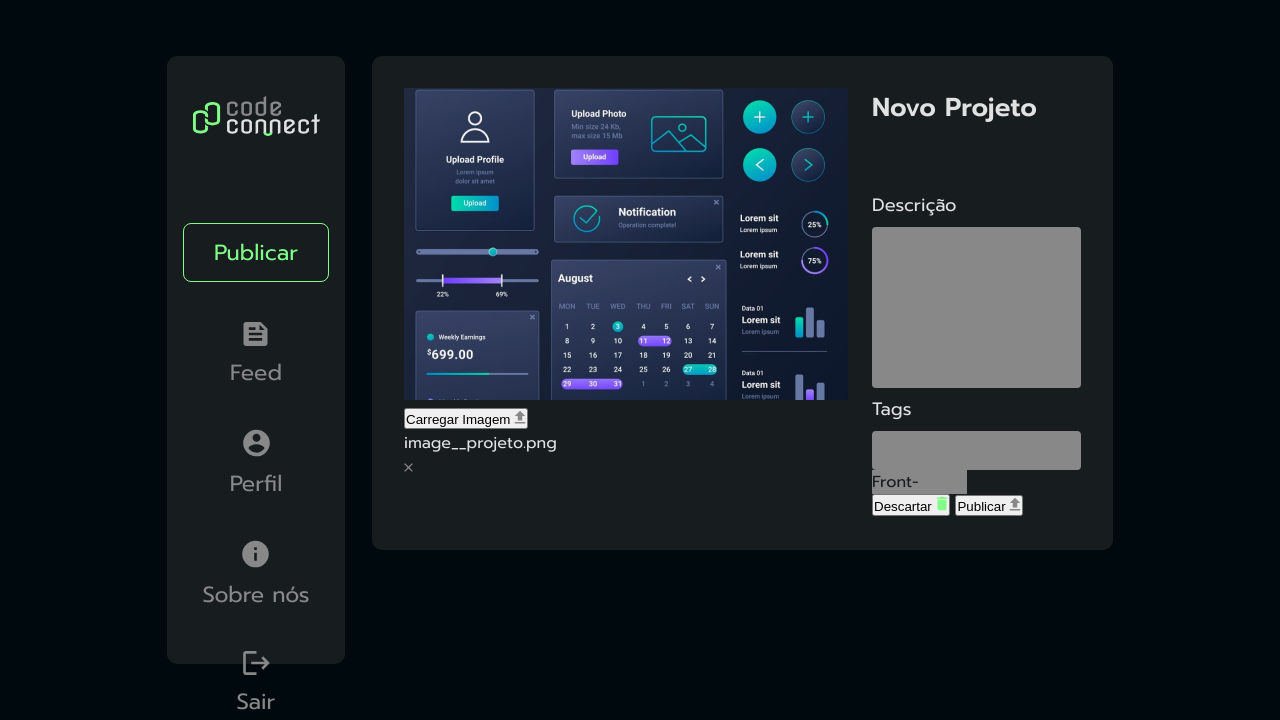
Repository: joaoPraiaJunior/async_await
Page: index.html
These files come from the project's save history. The page is drawn as it stood at one moment and after the next save; the edit follows.
The browser window is 1280 px wide. The pictures show the whole page.

Above is the page before, as saved 2024-08-24 19:33:42.

### index.html
<!DOCTYPE html>
<html lang="pt-BR" dir="ltr">

<head>
    <meta charset="UTF-8">
    <meta name="viewport" content="width=device-width, initial-scale=1.0">
    <meta name="description" content="Projeto Async Await">
    <link rel="preconnect" href="https://fonts.googleapis.com">
    <link rel="preconnect" href="https://fonts.gstatic.com" crossorigin>
    <link href="https://fonts.googleapis.com/css2?family=Prompt:ital,wght@0,100;0,200;0,300;0,400;0,500;0,600;0,700;0,800;0,900;1,100;1,200;1,300;1,400;1,500;1,600;1,700;1,800;1,900&display=swap" rel="stylesheet">
    <link rel="stylesheet" href="./css/styles.css">
    <title>CodeConnect</title>
</head>

<body>

    <aside class="l-lateral">
        <figure><img src="./img/Logo.svg" alt="Logo do codeconnect"></figure>
        <nav class="c-menu">
            <ul class="c-menu__lista">
                <li class="c-menu__item"><a href="#" class="c-menu__link">Publicar</a></li>
                <li class="c-menu__item"><a href="#" class="c-menu__link"><img src="./img/feed.svg" aria-hidden="true" alt>Feed</a></li>
                <li class="c-menu__item"><a href="#" class="c-menu__link"><img src="./img/account_circle.svg" aria-hidden="true" alt>Perfil</a></li>
                <li class="c-menu__item"><a href="#" class="c-menu__link"><img src="./img/info.svg" aria-hidden="true" alt>Sobre nós</a></li>
                <li class="c-menu__item"><a href="#" class="c-menu__link"><img src="./img/logout.svg" aria-hidden="true" alt>Sair</a></li>
            </ul>
        </nav>
    </aside>

    <main class="l-principal">
        <div class="c-upload-imagem">
            <div class="c-upload-imagem__container">
                <figure class="c-upload-imagem__publicacao">
                    <img src="./img/imagem1.png" alt>
                </figure>
            </div>
            <button class="c-upload-imagem__botao" aria-label="carregar imagem">Carregar Imagem <img src="./img/upload.svg" aria-hidden="true" alt></button>
            <div class="c-upload-imagem__descricao">
                <p>image__projeto.png</p>
                <img src="./img/close.svg" aria-hidden="true" alt>
            </div>
        </div>

        <div class="c-formulario">
            <h2 class="c-formulario__titulo">Novo Projeto</h2>
            <form class="c-formulario__acoes">
                <div class="c-formulario__grupo">
                    <label for="Descricao">Descrição</label>
                    <textarea name="descricao" id="descricao">
                    </textarea>
                </div>

                <div class="c-formulario__grupo">
                    <label for="Tags">Tags</label>
                    <input type="text" name="tags" id="tags">
                </div>

                <ul class="c-formulario__lista">
                    <li class="c-formulario__lista-tags">
                        <p>Front-end</p>
                        <img src="./img/close.svg" alt>
                    </li>
                </ul>

                <div class="c-formulario__botoes">
                    <button class="c-formulario__botao">Descartar <img src="./img/trash.svg" aria-hidden="true" alt></button>
                    <button class="c-formulario__botao">Publicar <img src="./img/upload.svg" aria-hidden="true" alt></button>
                </div>
            </form>
        </div>
    </main>

    <script src="./js/scripts.js"></script>
</body>

</html>

### css/styles.css
:root {
  /* Cores */
  --background-color: #00090e;
  --cor-do-texto: #e1e1e1;
  --cor-primaria: #81fe88;
  --cor-secundaria: #888888;
  --cor-da-tag: #171d1f;
  --componentes-do-background: #171d1f;

  /* Fontes */
  --fonte-padrao: "Prompt", sans-serif;
}

* {
  margin: 0;
  padding: 0;
  box-sizing: border-box;
}

html {
  font-size: 62.5%;
}

body {
  display: flex;
  justify-content: center;
  align-items: start;
  gap: 2.7rem;
  font-family: var(--fonte-padrao);
  font-size: 1.6rem;
  background-color: var(--background-color);
  color: var(--cor-do-texto);
  padding: 5.6rem 0;
  height: 100vh;
}

.l-lateral {
  text-align: center;
  background-color: var(--componentes-do-background);
  border-radius: 1.0rem;
  padding: 4.0rem 1.6rem;
  height: 100%;
}

.c-menu__lista {
    display: flex;
    flex-direction: column;
    align-items: center;
    gap: 4.0rem;
    margin-top: 8.0rem;
    list-style-type: none;
}

.c-menu__link {
    display: flex;
    flex-direction: column;
    align-items: center;
    gap: 1.0rem;
    font-size: 2.2rem;
    text-decoration: none;
    color: var(--cor-secundaria);
}

.c-menu__lista li:first-of-type a {
    color: var(--cor-primaria);
    border: .1rem solid var(--cor-primaria);
    border-radius: .8rem;
    padding: 1.2rem 3.0rem;
}


.l-principal {
    display: flex;
    gap: 2.4rem;
    background-color: var(--componentes-do-background);
    border-radius: 1.0rem;
    padding: 3.2rem;
}

.c-formulario {
    display: flex;
    flex-direction: column;
    gap: 2.4rem;
}

.c-formulario__titulo {
    font-size: 2.6rem;
    font-weight: 600;
    margin-bottom: 4.0rem;
}

.c-formuario__acoes {
    display: flex;
    flex-direction: column;
    gap: 2.4rem;
}

.c-formulario__grupo label {
    display: block;
    font-size: 1.8rem;
    font-weight: 400;
    margin-bottom: .8rem;
}

.c-formulario__grupo input, textarea {
    background-color: var(--cor-secundaria);
    font-family: var(--fonte-padrao);
    line-height: 2.25rem;
    border: none;
    border-radius: .4rem;
    padding:.8rem 1.6rem;
    width: 100%;
}

.c-formulario__grupo textarea {
    resize: none;
    height: 16.1rem;
}

.c-formulario__grupo input {
    height: 3.9rem;
}

.c-formulario__lista {
    display: flex;
    list-style-type: none;
}

.c-formulario__lista-tags {
    display: flex;
    gap: 1.0rem;
    color: var(--cor-da-tag);
    background-color: var(--cor-secundaria);
}

Loaded but not shown: js/scripts.js (no copy from this time; the picture is the same without it)

After the next save:
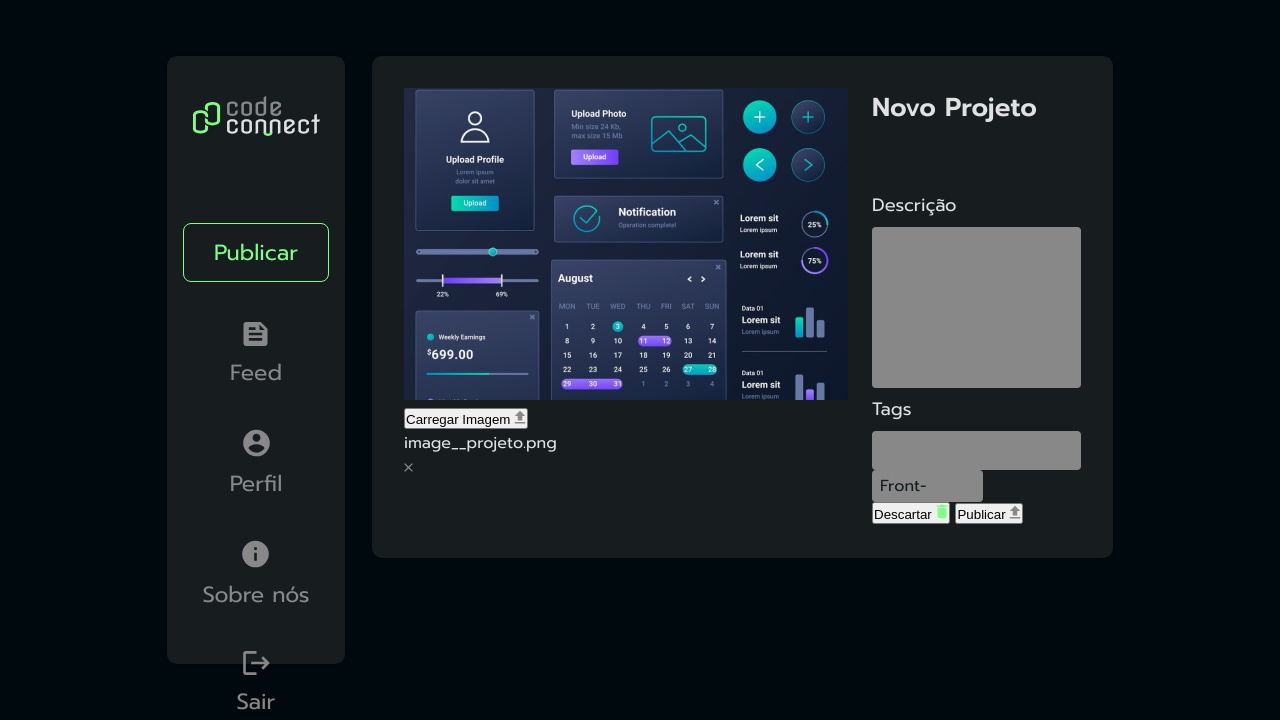
Saved 79 s later.
--- a/css/styles.css
+++ b/css/styles.css
@@ -131,4 +131,6 @@ body {
     gap: 1.0rem;
     color: var(--cor-da-tag);
     background-color: var(--cor-secundaria);
+    border-radius: .4rem;
+    padding: .4rem .8rem;
 }
